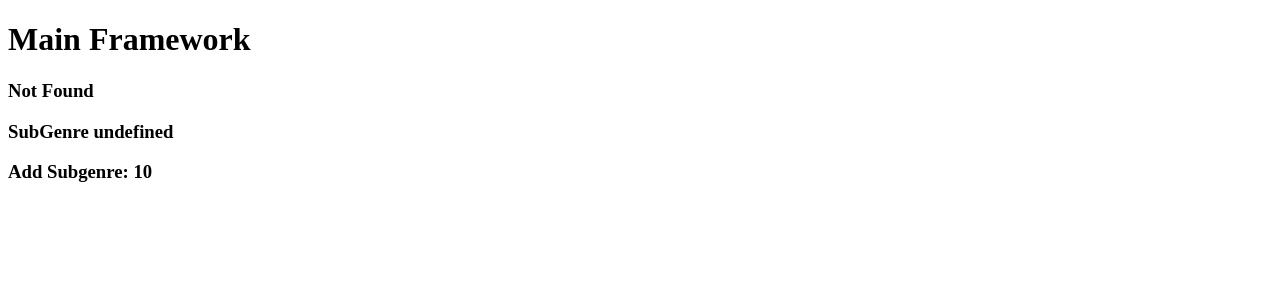
Repository: GregorPiev/angularjs-add-book
Page: index.html
An editor plug-in stored every save of this project. The page is shown before and after the next save, followed by the edit.
The browser window is 1280 px wide. The pictures show the whole page.

Above is the page before, as saved 2020-09-23 16:16:50.

### index.html
<!DOCTYPE html>
<html lang="en" ng-app="addBook">
	<head>
		<meta charset="UTF-8" />
		<meta name="viewport" content="width=device-width, initial-scale=1.0" />
		<title>Add Book - Test AngularJS</title>
		<base href="/" />
		<link href="node_modules/bootstrap/dist/css/bootstrap.min.css" />
	</head>
	<body>
		<main></main>

		<subgenre></subgenre>
		<add-subgenre></add-subgenre>
		<add-book></add-book>

		<script src="node_modules/angular/angular.min.js"></script>
		<script src="node_modules/angular-route/angular-route.min.js"></script>
		<script src="node_modules/angular-resource/angular-resource.min.js"></script>

		<script src="app/app.module.js"></script>
		<script src="app/app.config.js"></script>

		<script src="app/main/main.module.js"></script>
		<script src="app/main/main.component.js"></script>
		<script src="app/main/component/main.controller.js"></script>

		<script src="app/genre/genre.module.js"></script>
		<script src="app/genre/genre.component.js"></script>
		<script src="app/genre/component/genre.controller.js"></script>

		<script src="app/subgenre/subgenre.module.js"></script>
		<script src="app/subgenre/subgenre.component.js"></script>
		<script src="app/subgenre/component/subgenre.controller.js"></script>

		<script src="app/add-subgenre/add-subgenre.module.js"></script>
		<script src="app/add-subgenre/add-subgenre.component.js"></script>
		<script src="app/add-subgenre/component/add-subgenre.controller.js"></script>

		<script src="app/add-book/add-book.module.js"></script>
		<script src="app/add-book/add-book.component.js"></script>
		<script src="app/add-book/component/add-book.controller.js"></script>

		<!-- <script src="app/service/service.module.js"></script>
		<script src="app/service/service.service.js"></script> -->
	</body>
</html>

### app/app.module.js
'use strict'
angular.module('addBook', [
    'ngRoute',
    'ngResource',

    'main',
    'genre',
    'subgenre',
    'addSubgenre',
    'addBookItem'
]);

### app/app.config.js
'use strict'
angular.module('addBook')
    .config(function (
        $locationProvider,
        $routeProvider
    ) {
        console.info("Config");
        $locationProvider.html5Mode({ enabled: true });
        $routeProvider
            .when('/', {
                template: "<genre></genre>"
            })
            .when('/subgenre/:id', {
                template: '<subgenre></subgenre>'
            })
            .when('/add-subgenre/:id', {
                template: '<add-subgenre></add-subgenre>'
            })
            .when('/add-book', {
                template: '<add-book></add-book>'
            })
            .otherwise({
                template: '<h3>Not Found</h3>'
            })
    });

### app/main/main.module.js
'use strict'
angular.module('main', []);

### app/main/main.component.js
angular.module('main')
    .component('main', {
        templateUrl: '/app/main/component/main.template.html',
        controller: 'mainController',
        controllerAs: 'Main'
    })

### app/main/component/main.controller.js
'use strict'
angular.module('main')
    .controller('mainController', function ($scope) {
        $scope.title = 'Main Framework'
    })

### app/genre/genre.module.js
'use strict'
angular.module('genre', []);

### app/genre/genre.component.js
angular.module('genre')
    .component('genre', {
        templateUrl: '/app/genre/component/genre.template.html',
        controller: 'genreController',
        controllerAs: 'Genre'
    })

### app/genre/component/genre.controller.js
angular.module('genre')
    .controller('genreController', function ($scope) {
        $scope.title = 'Genre fgdfgdfgdf';
        console.log('genreController');

    })

### app/subgenre/subgenre.module.js
'use strict'
angular.module('subgenre', []);

### app/subgenre/subgenre.component.js
angular.module('subgenre')
    .component('subgenre', {
        templateUrl: '/app/subgenre/component/subgenre.template.html',
        controller: 'subgenreController'
    })

### app/subgenre/component/subgenre.controller.js
angular.module('subgenre')
    .controller('subgenreController', function ($scope, $routeParams) {
        console.log('subgenreController')
        var id = $routeParams.id;
        $scope.title = `SubGenre ${id}`;
    })

### app/add-subgenre/add-subgenre.module.js
'use strict'
angular.module('addSubgenre', []);

### app/add-subgenre/add-subgenre.component.js
'use strict'
angular.module('addSubgenre')
    .component('addSubgenre', {
        templateUrl: '/app/add-subgenre/component/add-subgenre.template.html',
        controller: 'addSubgenreController'
    })

### app/add-subgenre/component/add-subgenre.controller.js
'use strict'
angular.module('addSubgenre')
    .controller('addSubgenreController', function ($scope, $routeParams) {
        console.log('addSubgenreController')
        var id = $routeParams.id | 10;
        $scope.title = `Add Subgenre: ${id}`;
    });

### app/add-book/add-book.module.js
'use strict'
angular.module('addBookItem', []);

### app/add-book/add-book.component.js
'use strict'
angular.module('addBookItem')
    .component('addBookItem', {
        templateUrl: '/app/add-book/component/add-book.template.html',
        controller: 'addBookItemController',
        controllerAs: 'AddBookItem'
    });

### app/add-book/component/add-book.controller.js
'use strict'
angular.module('addBookItem')
    .controller('addBookItemController', function ($scope, $routeParams) {
        $scope.title = 'Add Book'
    });

### app/main/component/main.template.html
<h1>{{ title }}</h1>
<div ng-view></div>

### app/subgenre/component/subgenre.template.html
<h3>{{ title }}</h3>

### app/add-subgenre/component/add-subgenre.template.html
<h3>{{ title }}</h3>

Loaded but not shown: node_modules/angular/angular.min.js (library); node_modules/angular-route/angular-route.min.js (library); node_modules/angular-resource/angular-resource.min.js (library)

After the next save:
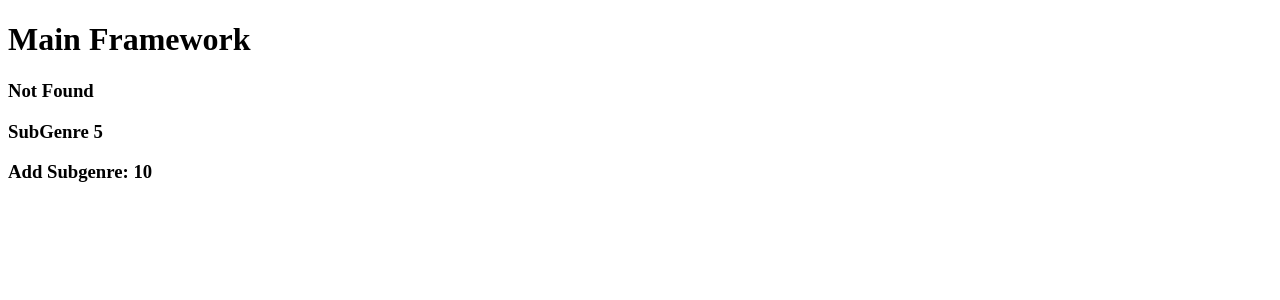
Saved 47 s later.
--- a/app/subgenre/component/subgenre.controller.js
+++ b/app/subgenre/component/subgenre.controller.js
@@ -1,6 +1,6 @@
 angular.module('subgenre')
     .controller('subgenreController', function ($scope, $routeParams) {
         console.log('subgenreController')
-        var id = $routeParams.id;
+        var id = $routeParams.id | 5;
         $scope.title = `SubGenre ${id}`;
     })
